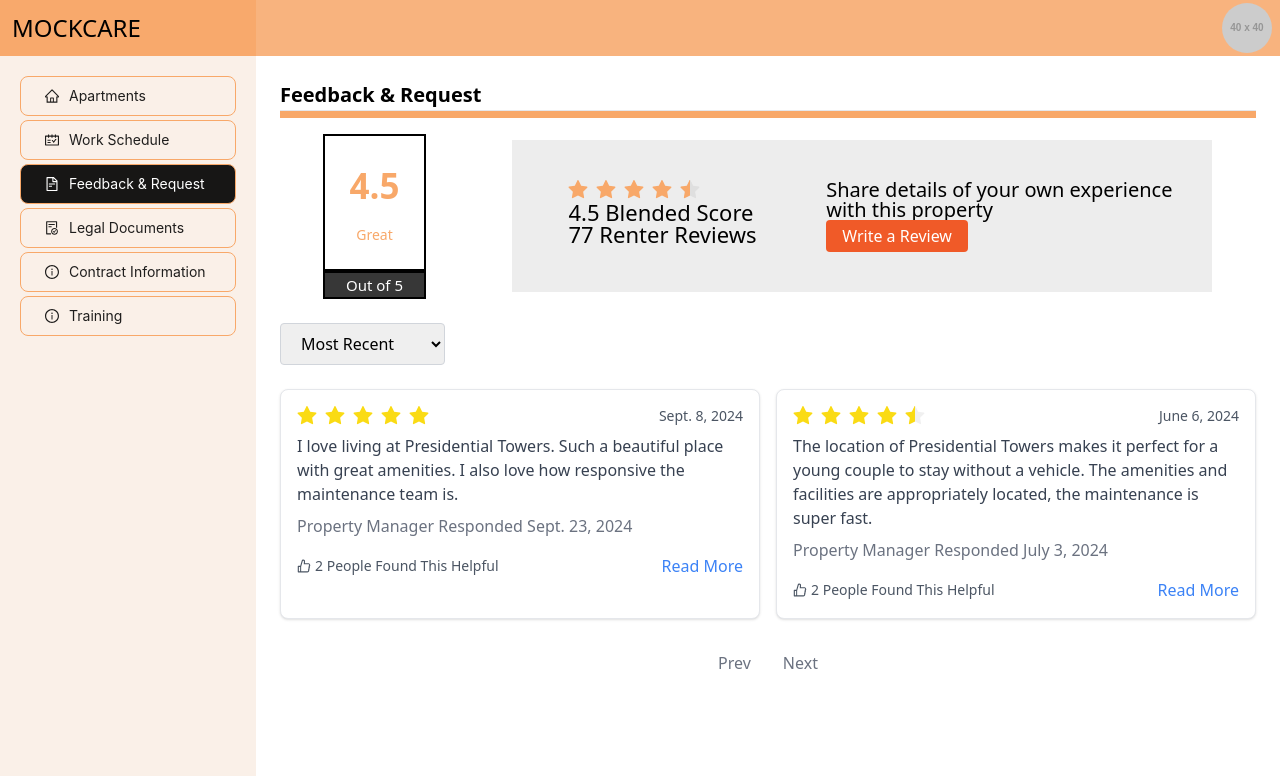
Repository: dunh-real/MockProject_102024_Nhom4
Page: / (app in frontend/)
An editor plug-in stored every save of this project. The page is shown before and after the next save, followed by the edit.
The browser window is 1280 px wide. The pictures show the whole page.
The project was rebuilt for these pictures with package versions that can differ from the ones it lists, and the page was loaded fresh each time. Also part of the build but not shown: frontend/vite.config.js, frontend/vite.config.ts, frontend/src/App.css, frontend/src/component/ReviewModal.tsx.

Above is the page before, as saved 2024-10-09 13:31:22.

After the next save:
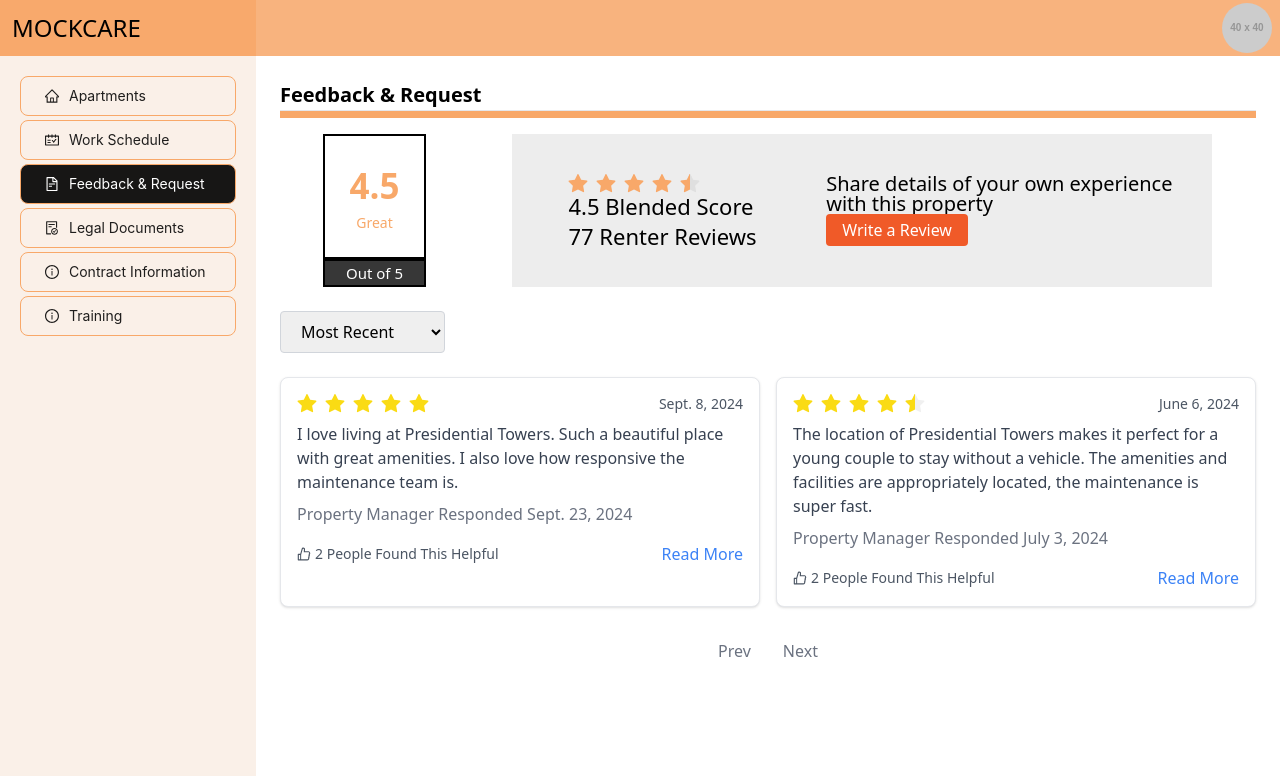
Saved 13 s later.
--- a/frontend/src/pages/Feedback&Request/Feedback&Request.tsx
+++ b/frontend/src/pages/Feedback&Request/Feedback&Request.tsx
@@ -66,7 +66,7 @@ const ReviewList: React.FC = () => {
                         <div className="flex flex-col  items-center">
                             <div className=" text-center text-[#F8A869] border-black border-2  p-6 ">
                                 <div className=''>
-                                    <p className="text-[35px] mb-3 font-bold">4.5</p>
+                                    <p className="text-[35px] font-bold">4.5</p>
                                     <p className="text-sm text-[27px]">Great</p>
                                 </div>
 
@@ -80,7 +80,7 @@ const ReviewList: React.FC = () => {
                         >
                             <div className="ml-4 ">
                                 <Rate allowHalf defaultValue={4.5} disabled style={{color:'#F8A869'}} />
-                                <div className="text-[#000000] text-[22px]">4.5 Blended Score</div>
+                                <div className="text-[#000000] mb-2 text-[22px]">4.5 Blended Score</div>
                                 <div className="text-[#000000] font-extralight text-[22px]">77 Renter Reviews</div>
                             </div>
                             <div className=''>
